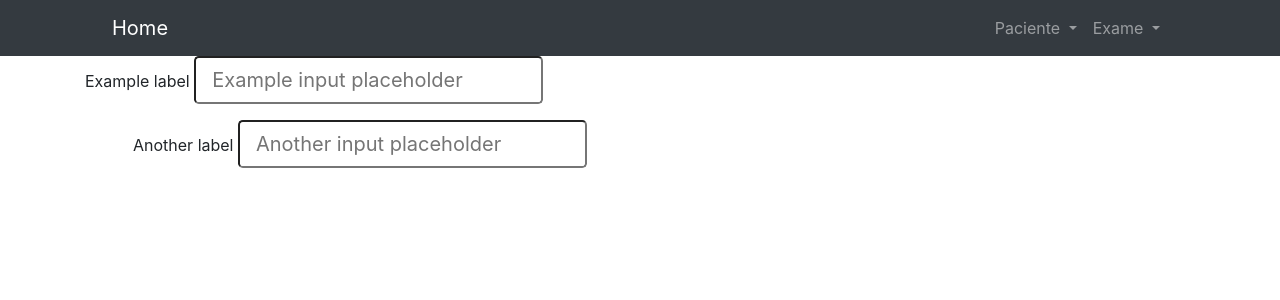
Repository: noobDevPRB/struts2_project
Page: http://localhost/Projeto_SOCTest/
These files come from the project's save history. The page is drawn as it stood at one moment and after the next save; the edit follows.
The browser window is 1280 px wide. The pictures show the whole page.
The page is served by Tomcat 9. Nobody is signed in. The application's start-up code is not run.

Above is the page before, as saved 2020-10-17 16:13:16.

After the next save:
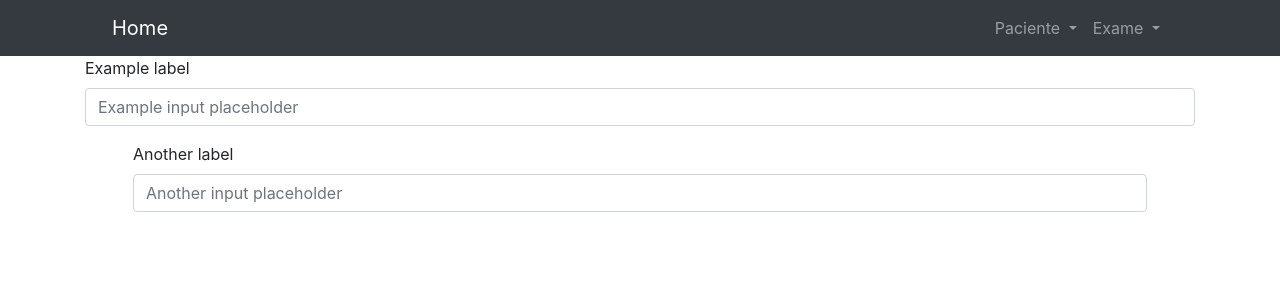
Saved 25 s later.
--- a/Projeto_SOCTest/WebContent/index.jsp
+++ b/Projeto_SOCTest/WebContent/index.jsp
@@ -47,11 +47,11 @@
 	     	<form>
 			  <div class="form-group">
 			    <label for="formGroupExampleInput">Example label</label>
-			    <input type="text" class="form-control-lg" id="formGroupExampleInput" placeholder="Example input placeholder">
+			    <input type="text" class="form-control" id="formGroupExampleInput" placeholder="Example input placeholder">
 			  </div>
 			  <div class="form-group px-5">
 			    <label for="formGroupExampleInput2">Another label</label>
-			    <input type="text" class="form-control-lg" id="formGroupExampleInput2" placeholder="Another input placeholder">
+			    <input type="text" class="form-control" id="formGroupExampleInput2" placeholder="Another input placeholder">
 			  </div>
 			</form>
 	    </div>
